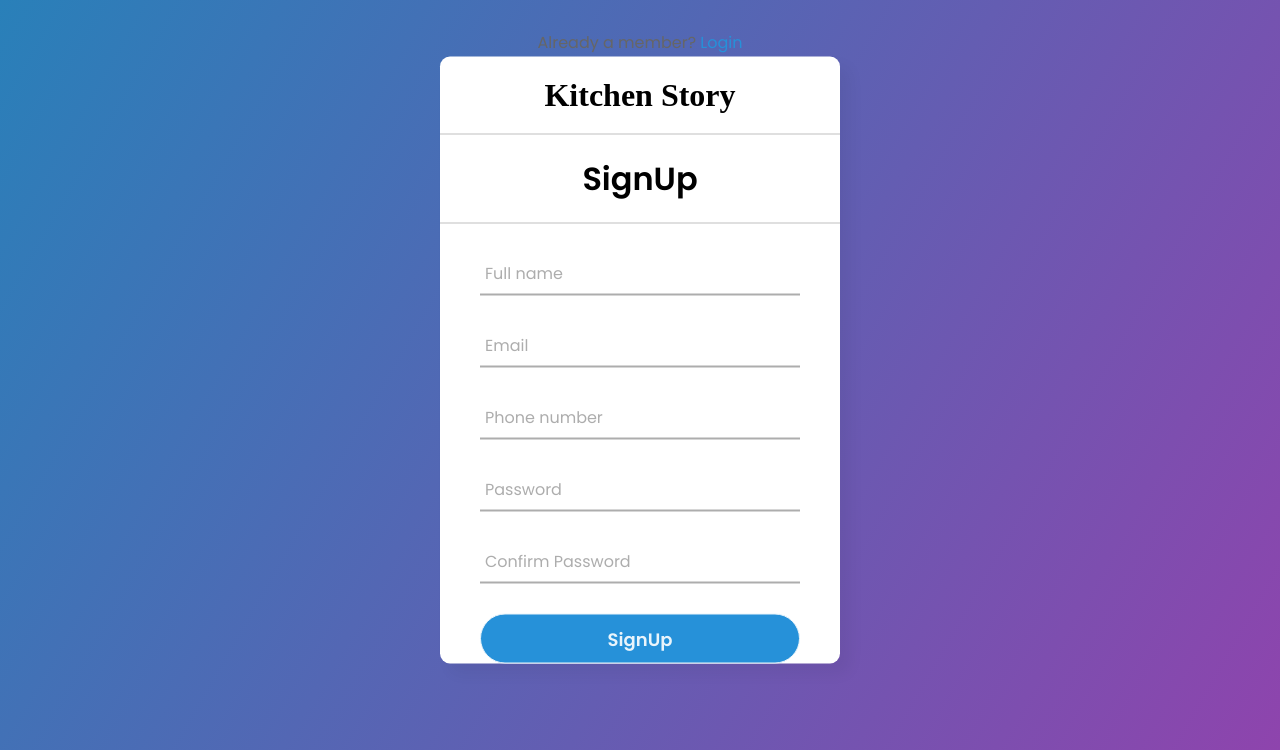
Repository: manishmachha/project-kitchenStory
Page: Phase 4 Kitchen Story/src/main/webapp/signup.html
The author's editor kept a copy of each file at every save. The page is drawn from the files as they stood at one save, then again after the next save.
The browser window is 1280 px wide. The pictures show the whole page.
Some web fonts or font styles are not loaded; a fallback is used.

Above is the page before, as saved 2022-03-08 04:05:05.

### Phase 4 Kitchen Story/src/main/webapp/signup.html
<!DOCTYPE html>

<html lang="en" dir="ltr">

<head>
<meta charset="utf-8">
<title>Kitchen Story | Login</title>
<link rel="stylesheet" href="signupStyle.css">
<!-- Font Family -->
<link rel="preconnect" href="https://fonts.googleapis.com">
<link rel="preconnect" href="https://fonts.gstatic.com" crossorigin>
<link
	href="https://fonts.googleapis.com/css2?family=Lobster&display=swap"
	rel="stylesheet">
</head>

<body>
	<div class="center">
		<h1 id="brand">Kitchen Story</h1>
		<h1>SignUp</h1>
		<form method="post">
			<div class="txt_field">
				<input type="text" required> <span></span> <label>Full
					name</label>
			</div>
			<div class="txt_field">
				<input type="text" required> <span></span> <label>Email</label>
			</div>
			<div class="txt_field">
				<input type="text" required> <span></span> <label>Phone
					number</label>
			</div>
			<div class="txt_field">
				<input type="password" required> <span></span> <label>Password</label>
			</div>
			<div class="txt_field">
				<input type="password" required> <span></span> <label>Confirm
					Password</label>
			</div>
			<input type="submit" value="SignUp">
		</form>
	</div>
	<div class="signup_link">
		Already a member? <a href="login.html">Login</a>
	</div>
</body>

</html>

### Phase 4 Kitchen Story/src/main/webapp/signupStyle.css
@import url('https://fonts.googleapis.com/css2?family=Noto+Sans:wght@700&family=Poppins:wght@400;500;600&display=swap');
* {
    margin: 0;
    padding: 0;
    box-sizing: border-box;
    font-family: "Poppins", sans-serif;
}

body {
    margin: 0;
    padding: 0;
    background: linear-gradient(120deg, #2980b9, #8e44ad);
    height: 100vh;
    overflow: hidden;
}

.center {
    position: absolute;
    top: 50%;
    left: 50%;
    transform: translate(-50%, -50%);
    width: 400px;
    background: white;
    border-radius: 10px;
    box-shadow: 10px 10px 15px rgba(0, 0, 0, 0.05);
}

.center h1 {
    text-align: center;
    padding: 20px 0;
    border-bottom: 1px solid silver;
}

.center form {
    padding: 0 40px;
    box-sizing: border-box;
}

form .txt_field {
    position: relative;
    border-bottom: 2px solid #adadad;
    margin: 30px 0;
}

.txt_field input {
    width: 100%;
    padding: 0 5px;
    height: 40px;
    font-size: 16px;
    border: none;
    background: none;
    outline: none;
}

.txt_field label {
    position: absolute;
    top: 50%;
    left: 5px;
    color: #adadad;
    transform: translateY(-50%);
    font-size: 16px;
    pointer-events: none;
    transition: .5s;
}

.txt_field span::before {
    content: '';
    position: absolute;
    top: 40px;
    left: 0;
    width: 0%;
    height: 2px;
    background: #2691d9;
    transition: .5s;
}

.txt_field input:focus~label,
.txt_field input:valid~label {
    top: -5px;
    color: #2691d9;
}

.txt_field input:focus~span::before,
.txt_field input:valid~span::before {
    width: 100%;
}

.pass {
    margin: -5px 0 20px 5px;
    color: #a6a6a6;
    cursor: pointer;
}

.pass:hover {
    text-decoration: underline;
}

input[type="submit"] {
    width: 100%;
    height: 50px;
    border: 1px solid;
    background: #2691d9;
    border-radius: 25px;
    font-size: 18px;
    color: #e9f4fb;
    font-weight: 700;
    cursor: pointer;
    outline: none;
}

input[type="submit"]:hover {
    border-color: #2691d9;
    transition: .5s;
}

.signup_link {
    margin: 30px 0;
    text-align: center;
    font-size: 16px;
    color: #666666;
}

.signup_link a {
    color: #2691d9;
    text-decoration: none;
}

.signup_link a:hover {
    text-decoration: underline;
}

#brand {
    font-size: 2rem;
    color: black;
    font-family: 'Lobster', cursive;
}

After the next save:
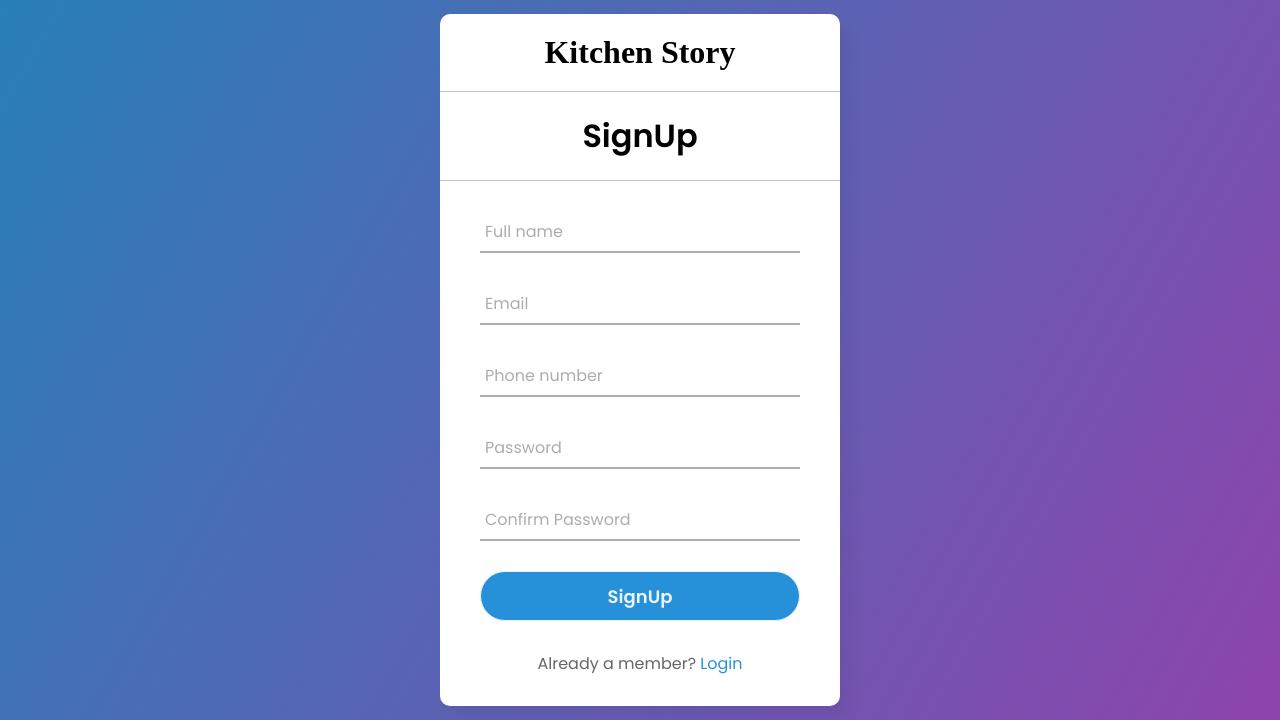
Saved 31 s later.
--- a/Phase 4 Kitchen Story/src/main/webapp/signup.html
+++ b/Phase 4 Kitchen Story/src/main/webapp/signup.html
@@ -38,11 +38,12 @@
 					Password</label>
 			</div>
 			<input type="submit" value="SignUp">
+			<div class="signup_link">
+				Already a member? <a href="login.html">Login</a>
+			</div>
 		</form>
 	</div>
-	<div class="signup_link">
-		Already a member? <a href="login.html">Login</a>
-	</div>
+
 </body>
 
 </html>
